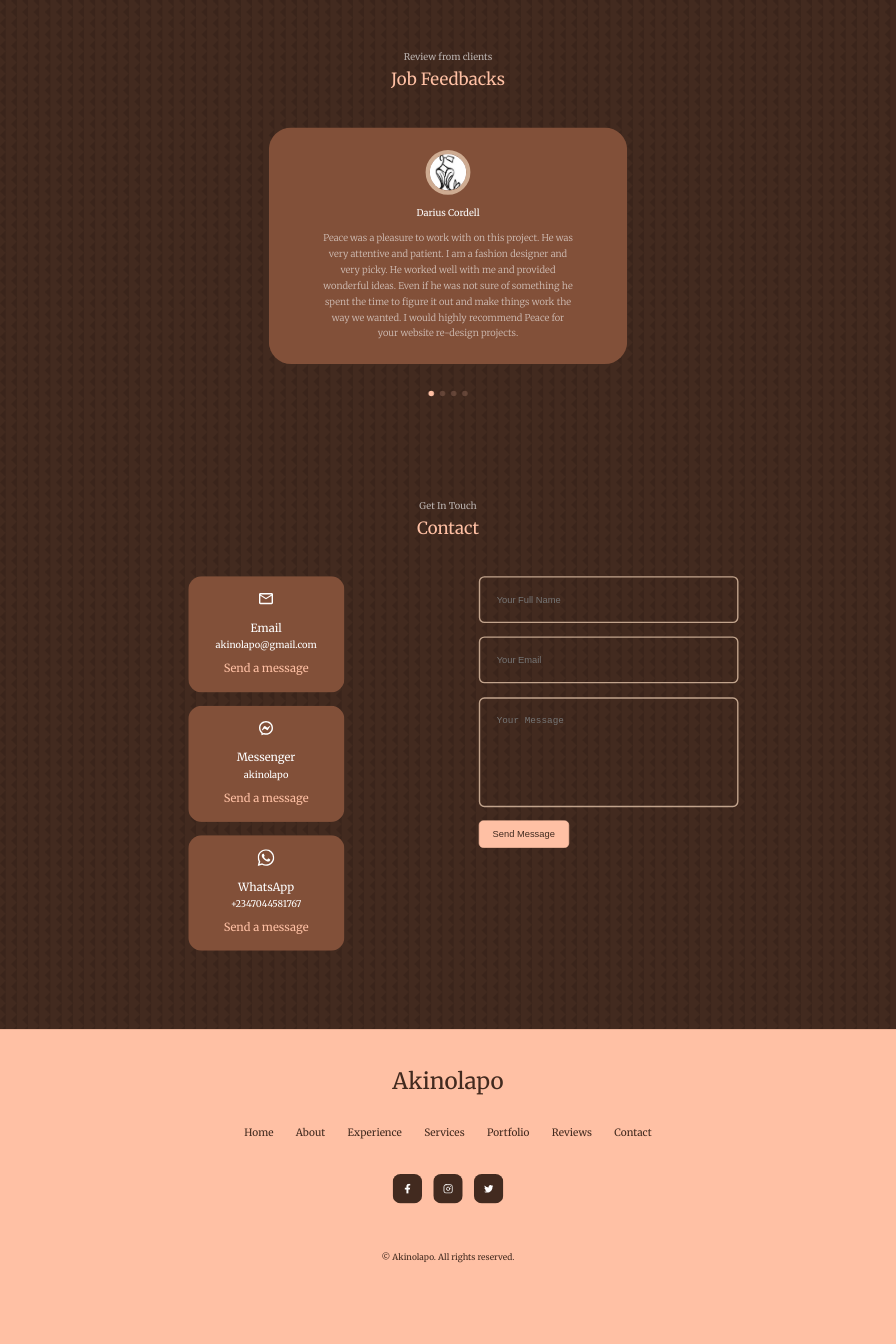
Repository: akinolapo/akinolapo-react
Page: /
These files come from the project's save history. The page is drawn as it stood at one moment and after a run of saves; the edit follows.
The browser window is 1280 px wide. The pictures show the part of the page from y = 4103 to 6023 px (the page is 6023 px tall), at 70% of full size.
The project was rebuilt for these pictures with package versions that can differ from the ones it lists, and the page was loaded fresh each time.

Above is the page before, as saved 2022-05-28 16:40:13.

### public/index.html
<!DOCTYPE html>
<html lang="en">

<head>
    <meta charset="UTF-8">
    <meta http-equiv="X-UA-Compatible" content="IE=edge">
    <meta name="viewport" content="width=device-width, initial-scale=1.0">
    <meta
      name="description"
      content="I am a Front-end Developer who has worked for several companies. I have developed websites for small businesses, large companies and individuals."
    />
    <link rel="apple-touch-icon" sizes="180x180" href="%PUBLIC_URL%/assets/apple-touch-icon.png">
    <link rel="icon" type="image/png" sizes="32x32" href="%PUBLIC_URL%/assets/favicon-32x32.png">
    <link rel="icon" type="image/png" sizes="16x16" href="%PUBLIC_URL%/assets/favicon-16x16.png">
    <link rel="manifest" href="%PUBLIC_URL%/assets/site.webmanifest">
    <link rel="mask-icon" href="%PUBLIC_URL%/assets/safari-pinned-tab.svg" color="#5bbad5">
    <meta name="msapplication-TileColor" content="#da532c">
    <meta name="theme-color" content="#ffffff">
    <title>Peace Akinola || Frontend Developer || IT Support Specialist</title>
</head>

<body>
    <div id="root"></div>
</body>

</html>

### src/App.jsx
import React from 'react'
import Header from './components/header/header'
import Nav from './components/nav/nav'
import About from './components/about/about'
import Experience from './components/experience/experience'
import Services from './components/services/services'
import Portfolio from './components/portfolio/portfolio'
import Review from './components/review/review'
import Contact from './components/contact/contact'
import Footer from './components/footer/footer'

const App = () => {
  return (
    <>
    <Header/>
    <Nav/>
    <About/>
    <Experience/>
    <Services/>
    <Portfolio/>
    <Review/>
    <Contact/>
    <Footer/>
    </>
  )
}

export default App

### src/components/header/header.jsx
import React from 'react'
import './header.css'
import CTA from './CTA'
// import ME from '../../assets/me.png'
import HeaderSocials from './headersocials'

const header = () => {
  return (
    <header>
      <div className="container header__container">
        <h5>Hello I'm</h5>
        <h1>Peace Akinola</h1>
        <h5 className="text-light">Frontend Developer</h5>
        <CTA/>
        <HeaderSocials/>

        <div className="me">
          <img src={process.env.PUBLIC_URL+`assets/me.png`} alt='me'></img>
        </div>

        <a href='#contact' className='scroll__down'>Scroll Down</a>
      </div>
    </header>
  )
}

export default header

### src/components/nav/nav.jsx
import React from 'react'
import './nav.css'
import {AiOutlineHome, AiOutlineUser, AiOutlineBook, AiOutlineMessage} from 'react-icons/ai'
import {RiServiceLine} from 'react-icons/ri'
import {BiBriefcase} from 'react-icons/bi'
import { useState } from 'react'

const Nav = () => {
  const [activeNav, setActiveNav] = useState('#')
  return (
    <nav>
      <a href='#' onClick={() => setActiveNav('#')} className={activeNav === '#' ? 'active' : ''}><AiOutlineHome/></a>
      <a href='#about' onClick={() => setActiveNav('#about')}  className={activeNav === '#about' ? 'active' : ''}><AiOutlineUser/></a>
      <a href='#experience' onClick={() => setActiveNav('#experience')}  className={activeNav === '#experience' ? 'active' : ''}><AiOutlineBook/></a>
      <a href='#services' onClick={() => setActiveNav('#services')}  className={activeNav === '#services' ? 'active' : ''}><RiServiceLine/></a>
      <a href='#portfolio' onClick={() => setActiveNav('#portfolio')}  className={activeNav === '#portfolio' ? 'active' : ''}><BiBriefcase/></a>
      <a href='#contact' onClick={() => setActiveNav('#contact')}  className={activeNav === '#contact' ? 'active' : ''}><AiOutlineMessage/></a>
    </nav>
  )
}

export default Nav

### src/components/contact/contact.jsx
import React from 'react'
import './contact.css'
import {MdOutlineMail} from 'react-icons/md'
import {RiMessengerLine} from 'react-icons/ri'
import {BsWhatsapp} from 'react-icons/bs'
import { useRef } from 'react'
import emailjs from 'emailjs-com'

const Contact = () => {
  const form =useRef()

  const sendEmail = (e) => {
    e.preventDefault();

    emailjs.sendForm('service_thkk0ff', 'template_cxpe4qe', form.current, 'pCl99nrjr2s5D9yF-')

    e.target.reset()
  };
  return (
    <section id='contact'>
      <h5>Get In Touch</h5>
      <h2>Contact</h2>

      <div className="container contact__container">
        <div className="contact__options">
          <article className="contact__option">
            <MdOutlineMail className='contact__option-icon'/>
            <h4>Email</h4>
            <h5>akinolapo@gmail.com</h5>
            <a href='mailto:akinolapo@gmail.com' target= "_blank" rel="noreferrer">Send a message</a>
          </article>

          <article className="contact__option">
            <RiMessengerLine className='contact__option-icon'/>
            <h4>Messenger</h4>
            <h5>akinolapo</h5>
            <a href='https://m.me/akinolapo.wp' target= "_blank" rel="noreferrer">Send a message</a>
          </article>

          <article className="contact__option">
            <BsWhatsapp className='contact__option-icon'/>
            <h4>WhatsApp</h4>
            <h5>+2347044581767</h5>
            <a href='https://api.whatsapp.com/send/?phone=2347044581767' target= "_blank" rel="noreferrer">Send a message</a>
          </article>
        </div>
        {/* END OF CONTACT OPTIONS */}
        <form ref={form} onSubmit={sendEmail}>
          <input type="text" name="name" placeholder="Your Full Name" required></input>
          <input type="email" name="email" placeholder="Your Email"></input>
          <textarea name="message" rows="7" placeholder="Your Message" required></textarea>
          <button type="submit" className="btn btn-primary">Send Message</button>
        </form>
      </div>
    </section>
  )
}

export default Contact

### src/components/footer/footer.jsx
import React from 'react'
import './footer.css'
import {FaFacebookF} from 'react-icons/fa'
import {FiInstagram} from 'react-icons/fi'
import {IoLogoTwitter} from 'react-icons/io'

const footer = () => {
  return (
    <footer>
        <a href='#' className='footer__logo'>Akinolapo</a>

        <ul className='permalinks'>
            <li><a href='#'>Home</a></li>
            <li><a href='#about'>About</a></li>
            <li><a href='#experience'>Experience</a></li>
            <li><a href='#services'>Services</a></li>
            <li><a href='#portfolio'>Portfolio</a></li>
            <li><a href='#review'>Reviews</a></li>
            <li><a href='#contact'>Contact</a></li>
        </ul>

        <div className="footer__socials">
        <a href='https://facebook.com/akinolapo.wp' target= "_blank" rel="noreferrer"><FaFacebookF/></a>
        <a href='https://instagram.com/akinolapo' target= "_blank" rel="noreferrer"><FiInstagram/></a>
        <a href='https://twitter.com/akinolapo_' target= "_blank" rel="noreferrer"><IoLogoTwitter/></a>
        </div>

        <div className="footer__copyright">
            <small>&copy; Akinolapo. All rights reserved.</small>
        </div>
    </footer>
  )
}

export default footer

### src/components/header/CTA.jsx
import React from 'react'
// import Resume from '../../assets/cv.pdf'

const CTA = () => {
  return (
    <div className='cta'>
        <a href= {process.env.PUBLIC_URL+`assets/cv.pdf`} download className='btn'>Download CV</a>
        <a href='#contact' className='btn btn-primary'>Let's Talk</a>
    </div>
  )
}

export default CTA

### src/components/header/headersocials.jsx
import React from 'react'
import {BsLinkedin} from 'react-icons/bs'
import {FaGithubAlt} from 'react-icons/fa'
import {FiDribbble} from 'react-icons/fi'

const headersocials = () => {
  return (
    <div className='header__socials'>
      <a href='https://www.linkedin.com/in/akinolapo' target= "new"><BsLinkedin/></a>
      <a href='https://github.com/akinolapo' target= "new"><FaGithubAlt/></a>
      <a href='https://twitter.com/akinolapo_' target= "new"><FiDribbble/></a>
    </div>
  )
}

export default headersocials

### src/components/nav/nav.css
nav{
    background: rgba(0,0,0,0.3);
    width: max-content;
    display: block;
    padding: 0.7rem 1.7rem;
    z-index: 2;
    position: fixed;
    left: 50%;
    transform: translate(-50%);
    bottom: 2rem;
    display: flex;
    gap: 0.8 rem;
    border-radius: 3rem;
    backdrop-filter: blur(15px);
}

nav a{
    background: transparent;
    padding: 0.8rem;
    border-radius: 50%;
    display: flex;
    color: var(--color-light);
    font-size: 1.1rem;
}

nav a:hover{
    background: rgab(0, 0, 0, 0.3);
}

nav a.active{
    background: var(--color-primary);
    color: var(--color-bg);
}

### src/components/experience/experience.css
.experience__container{
    display: grid;
    grid-template-columns: 1fr 1fr;
    gap: 2rem;
}

.experience__container > div {
    background: var(--color-bg-variant);
    padding: 2.4rem 5rem;
    border-radius: 2rem;
    border: 1px solid transparent;
    transition: var(--transition);
}

.experience__container > div:hover{
    border-color: var(--color-primary);
    background: transparent;
    color: var(--color-primary-variant);
    cursor: default;
}

.experience__container > div h3{
    text-align: center;
    margin-bottom: 2rem;
    color: var(--color-primary);
}

.experience__content{
    display: grid;
    grid-template-columns: 1fr 1fr;
    row-gap: 2rem;
}

.experience__details{
    display: flex;
    gap: 1rem;
}

.experience__details-icon{
    margin-top: 6px;
    color: var(--color-primary);
}

/*======================== MEDIA QUERIES (TABLET DEVICES) ========================*/
@media screen and (max-width: 1024px) {
    .experience__container{
        grid-template-columns: 1fr;
    }
    .experience__container >div {
        width: 80%;
        padding: 2rem;
        margin: 0 auto;
    }
    .experience__content{
        padding: 1rem;
    }

}

/*======================== MEDIA QUERIES (MOBILE DEVICES) ========================*/
@media screen and (max-width: 600px) {
  .experience__container{
      gap: 1rem;
  }

  .experience__container > div{
      width: 100%;
      padding: 2rem 1rem;
  }
}

### src/components/services/services.css
.services__container{
    display: grid;
    grid-template-columns: repeat(3, 1fr);
    gap: 3rem;
}

.service{
    background: var(--color-bg-variant);
    border-radius: 0 0 2rem 2rem;
    border:  1px solid var(--color-primary);
    height: fit-content;
    transition: var(--transition);
}

.service:hover{
    background: transparent;
    border-color: var(--color-primary-variant);
    cursor: default;
}

.service__head{
    background: var(--color-primary);
    padding: 2rem;
    border-radius: 0 0 2rem 2rem;
    box-shadow: 0 2rem 1rem rgba(0, 0, 0, 0.1);
}

.service__head h3{
    color: var(--color-bg);
    text-align: center;
}

.service__list{
    padding: 2rem;
}

.service__list li{
    display: flex;
    gap: 1rem;
    margin-bottom: 0.8rem;
}

.service__list-icon{
    color: var(--color-primary);
    margin-top: 2px;
}

.service__list p{
    font-size: 0.9rem;
}


/*======================== MEDIA QUERIES (TABLET DEVICES) ========================*/
@media screen and (max-width: 1024px) {
    .services__container{
        grid-template-columns: 1fr 1fr;
        gap: 2rem;
    }

    .service{
        height: auto;
    }
  }


/*======================== MEDIA QUERIES (MOBILE DEVICES) ========================*/
@media screen and (max-width: 600px) {
    .services__container{
        grid-template-columns: 1fr;
        gap: 1.5rem;
    }
  }

### src/components/portfolio/portfolio.css
.portfolio__container{
    display: grid;
    grid-template-columns: repeat(3, 1fr);
    gap: 2.5rem;
}

.portfolio__item{
    background: var(--color-bg-variant);
    padding: 1.3rem;
    border-radius: 2rem;
    border: 1px solid transparent;
    transition: var(--transition);
}

.portfolio__item:hover{
    border-color: var(--color-primary-variant);
    background: transparent;
}

.portfolio__item-image{
    border-radius: 1.5rem;
    overflow: hidden;
}

.portfolio__item h3{
    margin: 1.2rem 0 2rem;
}

.portfolio__item-cta{
    display: flex;
    gap: 1rem;
    margin-bottom: 1rem;
}

/*======================== MEDIA QUERIES (TABLET DEVICES) ========================*/
@media screen and (max-width: 1024px) {
    .portfolio__container{
        grid-template-columns: 1fr 1fr;
        gap: 1.2rem;
    }
  }


/*======================== MEDIA QUERIES (MOBILE DEVICES) ========================*/
@media screen and (max-width: 600px) {
    .portfolio__container{
        grid-template-columns: 1fr;
        gap: 1rem;
    }
  }

### src/components/review/review.css
.container.review__container{
    width: 40%;
    padding-bottom: 4rem;
}

.client__avatar{
    width: 4rem;
    aspect-ratio: 1/1;
    overflow: hidden;
    border-radius: 50%;
    margin: 0 auto 1rem;
    border: 0.4rem solid var(--color-primary-variant);
}

.review{
    background: var(--color-bg-variant);
    text-align: center;
    padding: 2rem;
    border-radius: 2rem;
    user-select: none;
}

.client__review{
    color: var(--color-light);
    font-weight: 300;
    display: block;
    width: 80%;
    margin: 0.8rem auto 0;
}

.swiper-pagination-clickable .swiper-pagination-bullet{
    background: var(--color-primary);
}

/*======================== MEDIA QUERIES (TABLET DEVICES) ========================*/
@media screen and (max-width: 1024px) {
    .container.review__container{
       width: 60%;
   }
}

/*======================== MEDIA QUERIES (MOBILE DEVICES) ========================*/
@media screen and (max-width: 600px) {
    .container.review__container{
        width: var(--container-width-sm);
    }

    .client__review{
        width: var(--container-width-sm);
    }
}

### src/components/contact/contact.css
.container.contact__container{
    width: 58%;
    display: grid;
    grid-template-columns: 30% 50%;
    gap: 12rem;
}

.contact__options{
    display: flex;
    flex-direction: column;
    gap: 1.2rem;
}

.contact__option{
    background: var(--color-bg-variant);
    padding: 1.2rem;
    border-radius: 1.2rem;
    text-align: center;
    border: 1px solid transparent;
    transition: var(--transition);
}

.contact__option:hover {
    background: transparent;
    border-color: var(--color-primary-variant);
}

.contact__option-icon{
    font-size: 1.5rem;
    margin-bottom: 0.5rem;
}

.contact__option a{
    margin-top: .5rem;
    display: inline-block;
}

/*********************** FORM ***********************/
form{
    display: flex;
    flex-direction: column;
    gap: 1.2rem;
}

input, textarea{
    width: 100%;
    padding: 1.5rem;
    border-radius: 0.5rem;
    background: transparent;
    border: 2px solid var(--color-primary-variant);
    resize: none;
    color: var(--color-white);
}

/*======================== MEDIA QUERIES (TABLET DEVICES) ========================*/
@media screen and (max-width: 1024px) {
    .container.contact__container{
        grid-template-columns: 1fr;
        gap: 2rem;
    }
  }


/*======================== MEDIA QUERIES (MOBILE DEVICES) ========================*/
@media screen and (max-width: 600px) {
   .container.contact__container{
       grid-template-columns: 1fr;
       width: var(--container-width-sm);
   }
  }

### src/components/footer/footer.css
footer{
    background: var(--color-primary);
    padding: 3rem 0;
    text-align: center;
    font-size: .9rem;
    margin-top: 7rem;
}

footer a{
    color: var(--color-bg);
}

.footer__logo{
    font-size: 2rem;
    font-weight: 500;
    margin-bottom: 2rem;
    display: inline-block;
}

.permalinks{
    display: flex;
    flex-wrap: wrap;
    justify-content: center;
    gap: 2rem;
    margin: 0 auto 3rem;
    transition: var(--transition);
}

.footer__socials{
    display: flex;
    justify-content: center;
    gap: 1rem;
    margin-bottom: 4rem;
}

.footer__socials a{
    background: var(--color-bg);
    color: var(--color-white);
    padding: 0.8rem;
    border-radius: 0.7rem;
    display: flex;
    border: 1px solid transparent;
    transition: var(--transition);
}

.footer__socials a:hover{
    background: transparent;
    color: var(--color-bg);
    border-color: var(--color-bg);
}

.footer__copyright{
    margin-bottom: 4rem;
    color: var(--color-bg);
}

/*======================== MEDIA QUERIES (MOBILE DEVICES) ========================*/
@media screen and (max-width: 600px) {
    .permalinks{
        flex-direction: column;
        gap: 1.5rem;
    }

    .footer__socials{
        margin-bottom: 2.6rem;
    }
   }

Loaded but not shown: src/index.js (5 lines, source omitted); src/components/experience/experience.jsx (122 lines, source omitted); src/components/services/services.jsx (110 lines, source omitted); src/components/review/review.jsx (70 lines, source omitted); src/index.css (138 lines, source omitted); src/components/portfolio/portfolio.jsx (79 lines, source omitted); src/components/about/about.css (111 lines, source omitted); src/components/about/about.jsx (51 lines, source omitted); src/components/header/header.css (78 lines, source omitted)

After the next 2 saves:
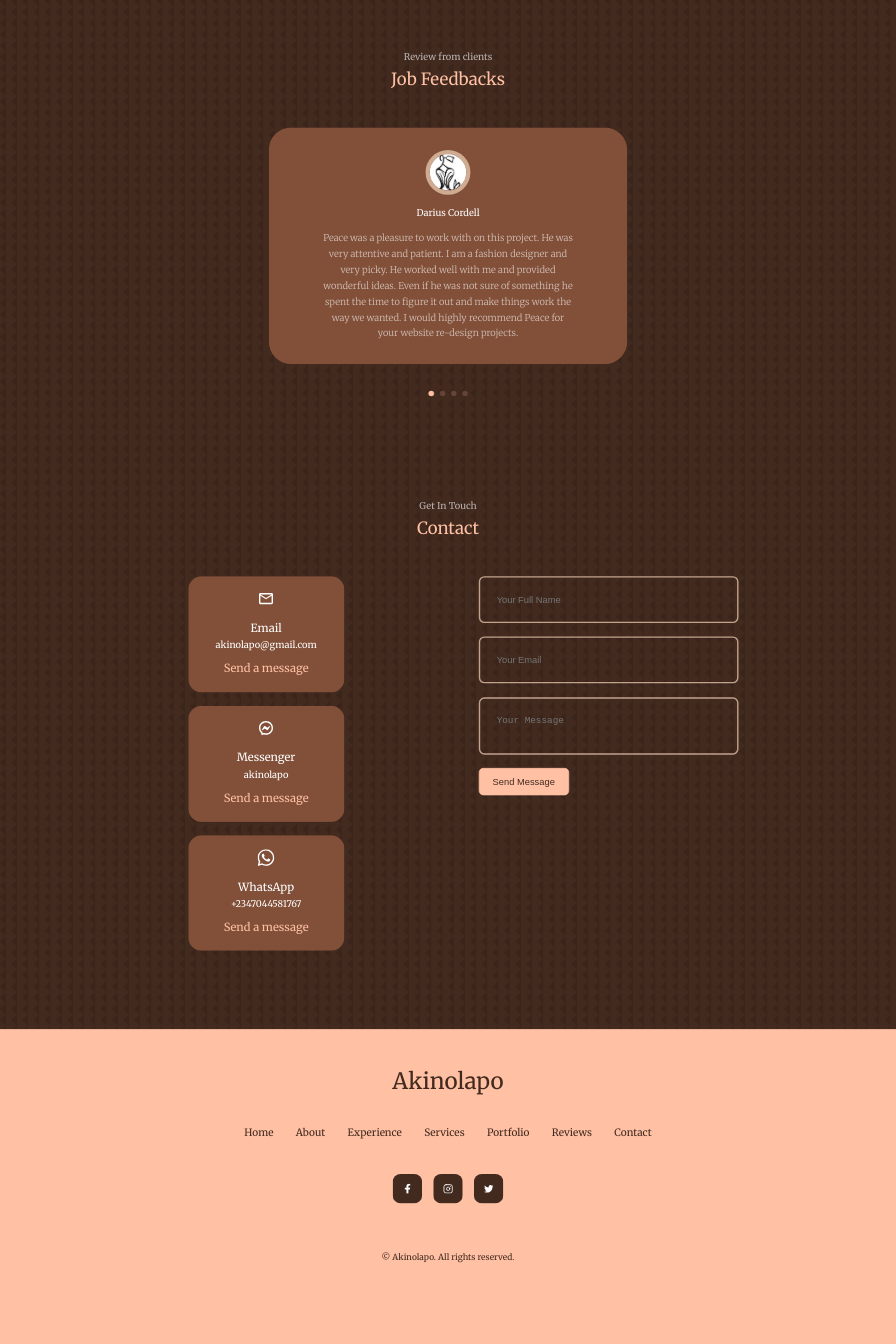
The 2 saves are shown as one change because they came seconds apart.
The last was saved 2 days later.
--- a/src/components/contact/contact.jsx
+++ b/src/components/contact/contact.jsx
@@ -48,7 +48,7 @@
         <form ref={form} onSubmit={sendEmail}>
           <input type="text" name="name" placeholder="Your Full Name" required></input>
           <input type="email" name="email" placeholder="Your Email"></input>
-          <textarea name="message" rows="7" placeholder="Your Message" required></textarea>
+          <textarea name="message" placeholder="Your Message" required></textarea>
           <button type="submit" className="btn btn-primary">Send Message</button>
         </form>
       </div>

After the save that followed:
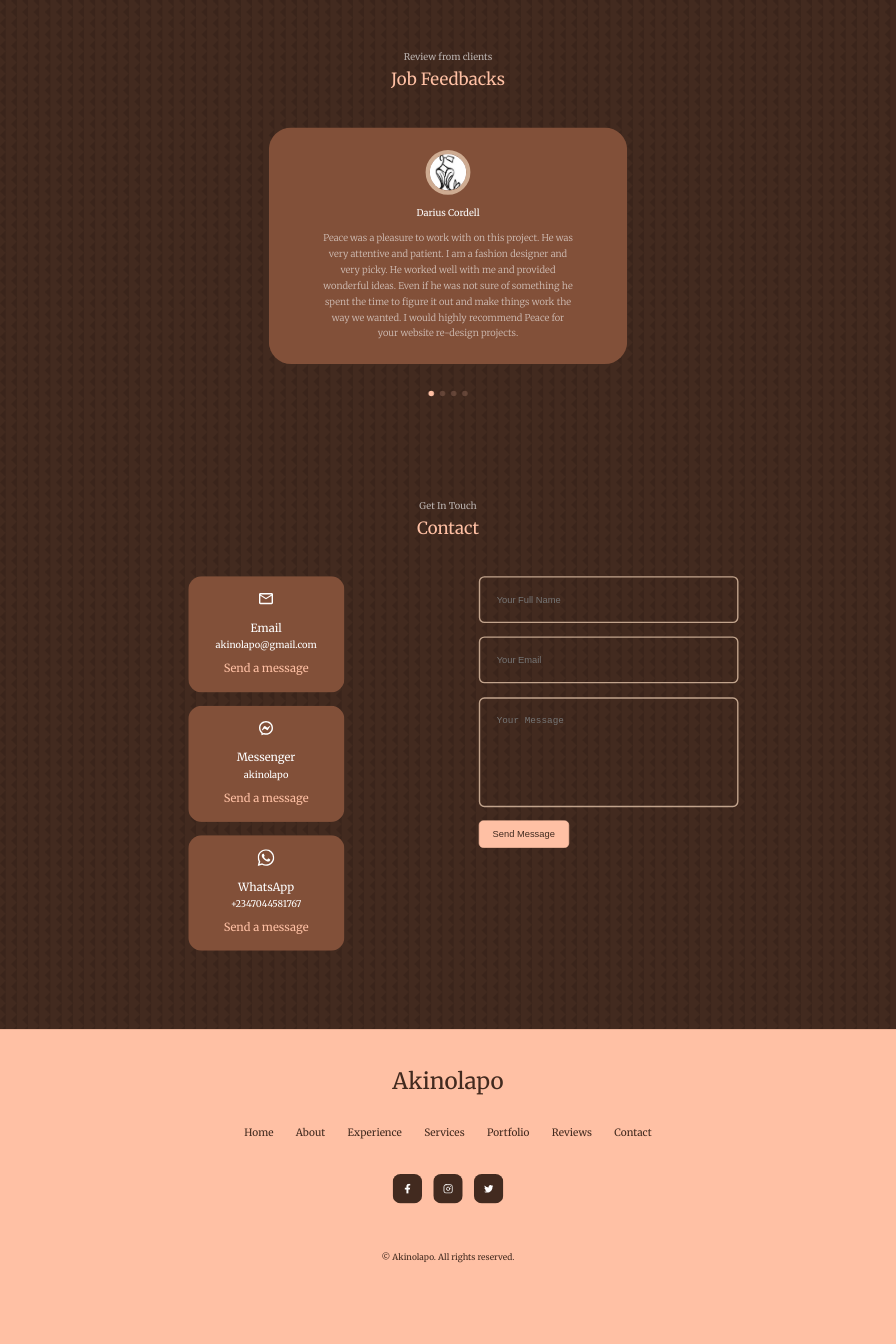
Saved 5 s later.
--- a/src/components/contact/contact.jsx
+++ b/src/components/contact/contact.jsx
@@ -48,7 +48,7 @@
         <form ref={form} onSubmit={sendEmail}>
           <input type="text" name="name" placeholder="Your Full Name" required></input>
           <input type="email" name="email" placeholder="Your Email"></input>
-          <textarea name="message" placeholder="Your Message" required></textarea>
+          <textarea name="message" rows="7" placeholder="Your Message" required></textarea>
           <button type="submit" className="btn btn-primary">Send Message</button>
         </form>
       </div>
